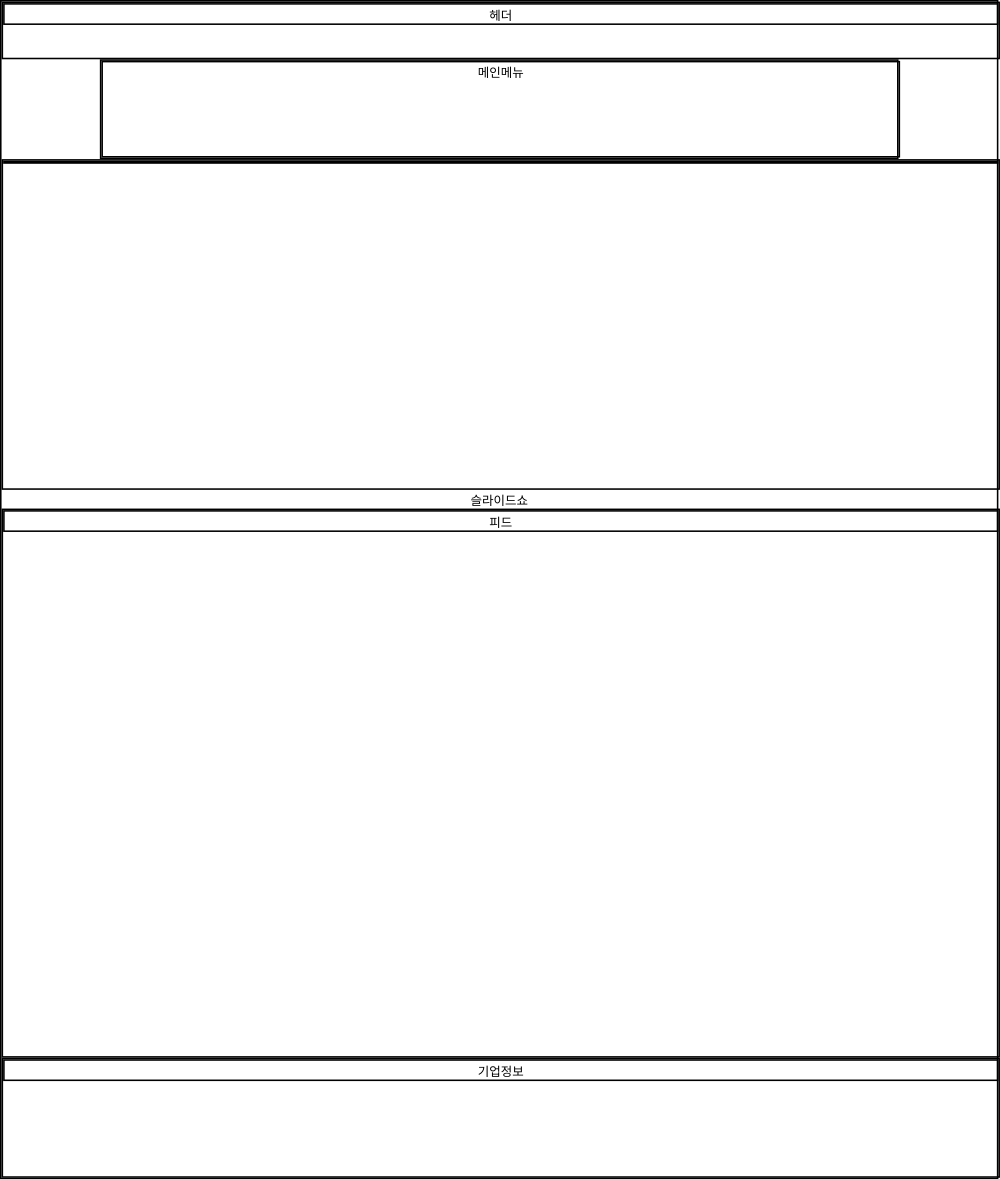
Repository: JHooniie/mini-Project
Page: http://localhost/Project-UIUX/index.jsp
These files come from the project's save history. The page is drawn as it stood at one moment and after the next save; the edit follows.
The browser window is 1280 px wide. The page is 1282 px wide, so the pictures cover 1282 px, including what lies to the right of the window. The pictures show the whole page, at 78% of full size.
The page is served by Tomcat 9.

Above is the page before, as saved 2022-07-02 08:38:00.

After the next save:
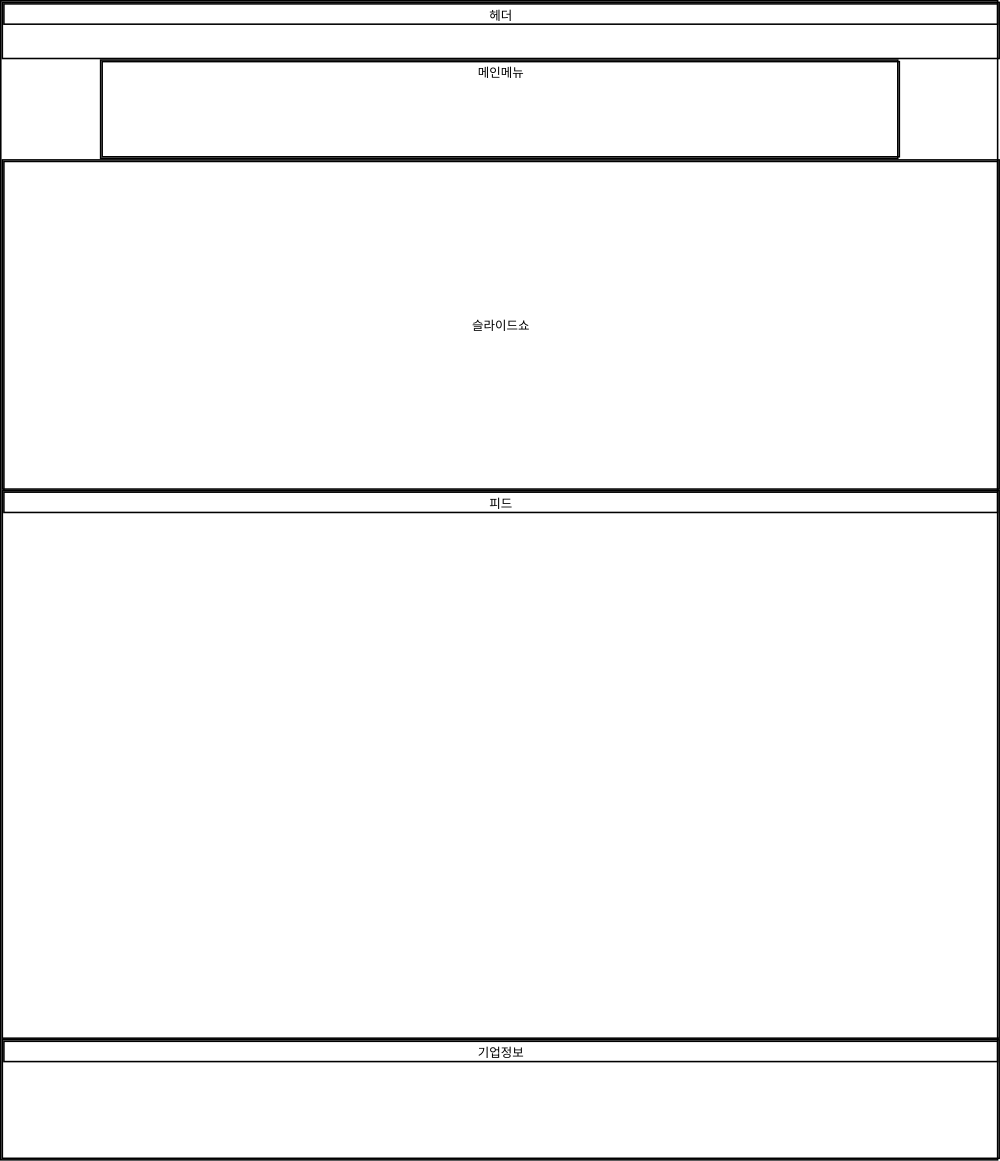
Saved 4 s later.
--- a/Project-UIUX/src/main/webapp/index.jsp
+++ b/Project-UIUX/src/main/webapp/index.jsp
@@ -35,9 +35,9 @@
 	 	<article>
 		<div id="slideBox">
 			<div>
-
+			슬라이드쇼
 			</div>
-	 	</div>슬라이드쇼
+	 	</div>
 	 	</article>
 	 	<article>
 		<div id="feed">
